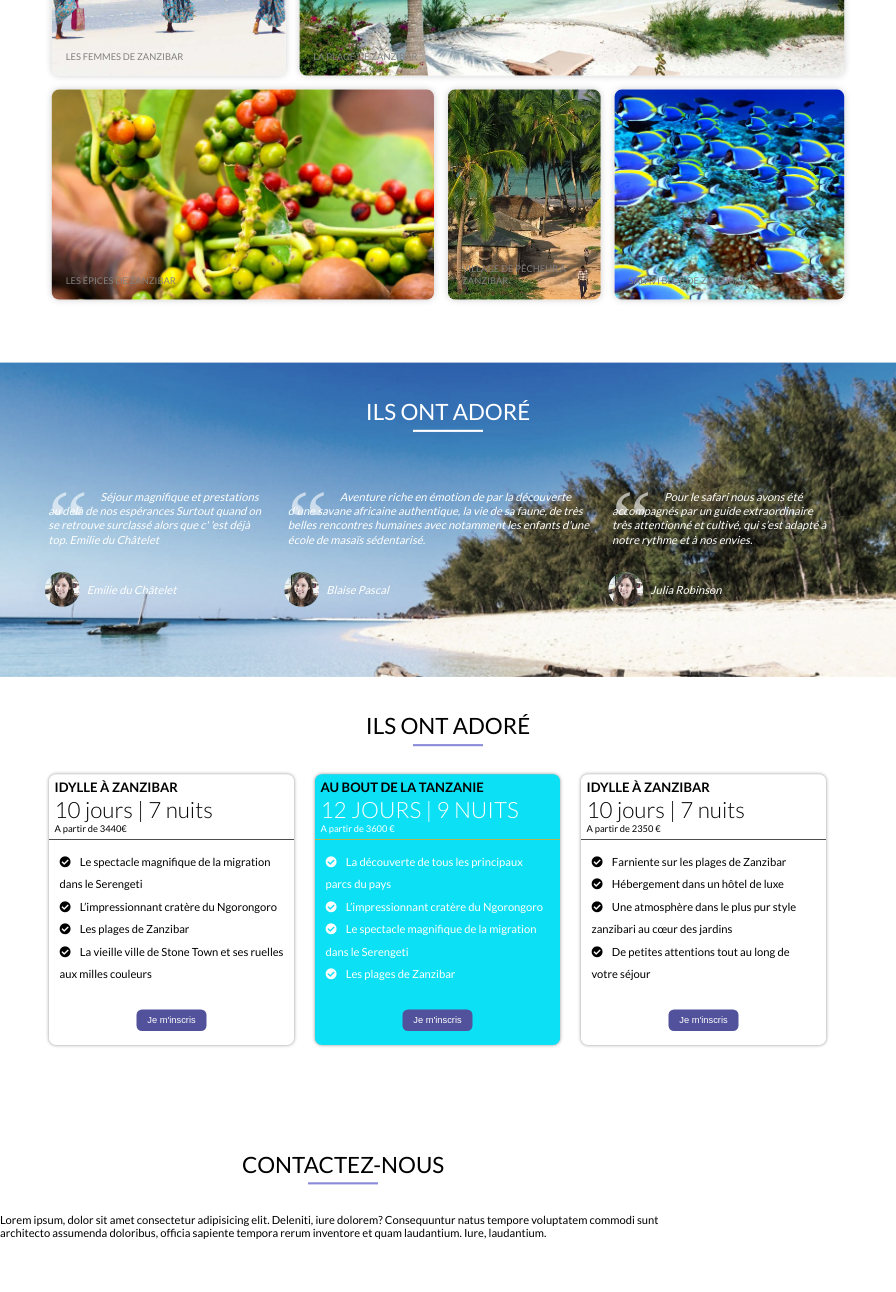
Repository: ypiard85/zanzibar
Page: index.html
An editor plug-in stored every save of this project. The page is shown before and after the next save, followed by the edit.
The browser window is 1280 px wide. The pictures show the part of the page from y = 2870 to 4790 px (the page is 4716 px tall before and 4790 px after), at 70% of full size.
Pictures or frames that could not be fetched are drawn as grey boxes. Some web fonts or font styles are not loaded; a fallback is used.

Above is the page before, as saved 2021-03-01 14:42:01.

After the next save:
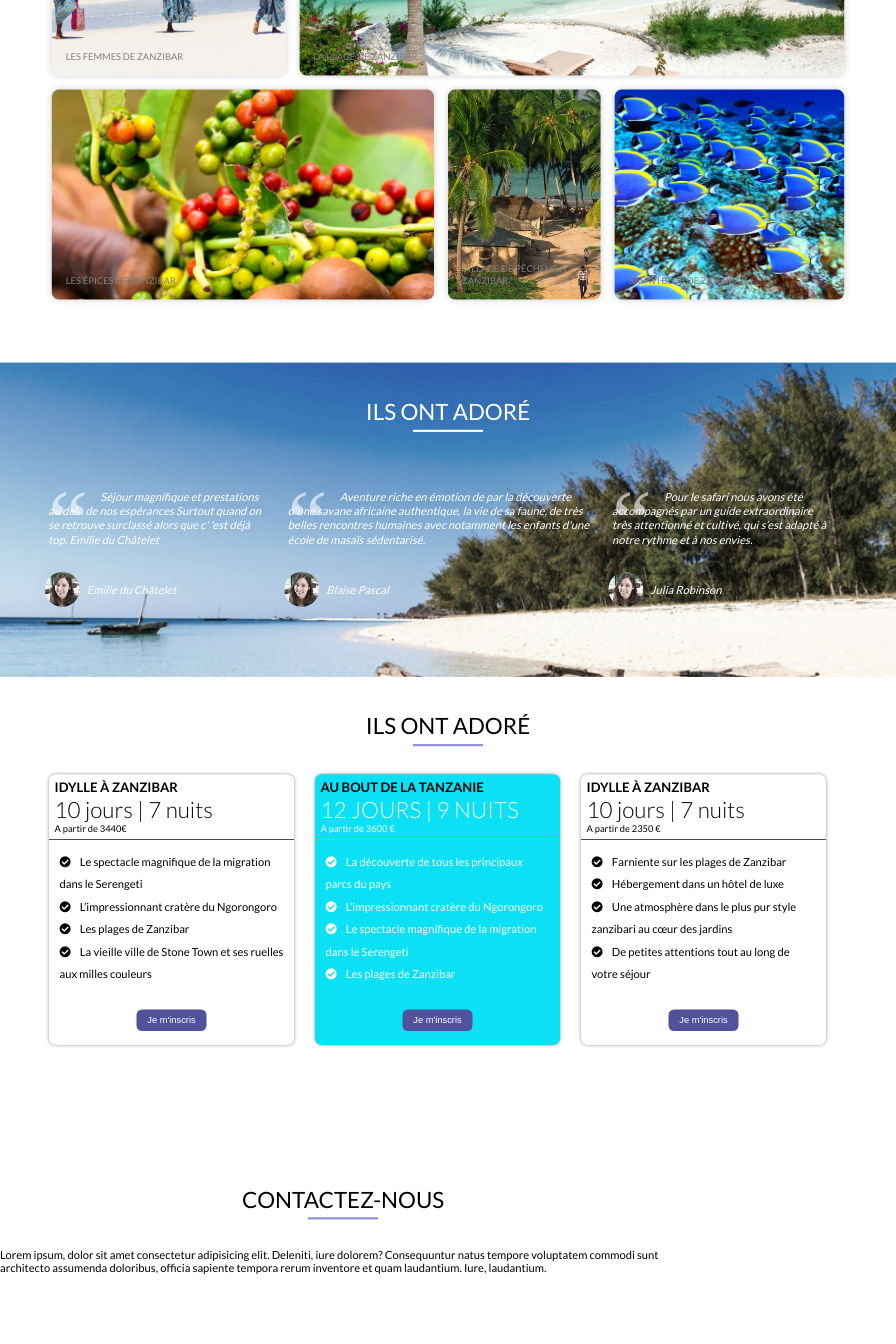
Saved 20 s later.
--- a/index.html
+++ b/index.html
@@ -254,7 +254,7 @@
                 </div>
               </section>
               <section class="contact">
-                  <div class="contact_form">
+                  <div class="contact_form container">
                     <div class="title">
                       <p class="blue_border">Contactez-nous</p>
                     </div>
